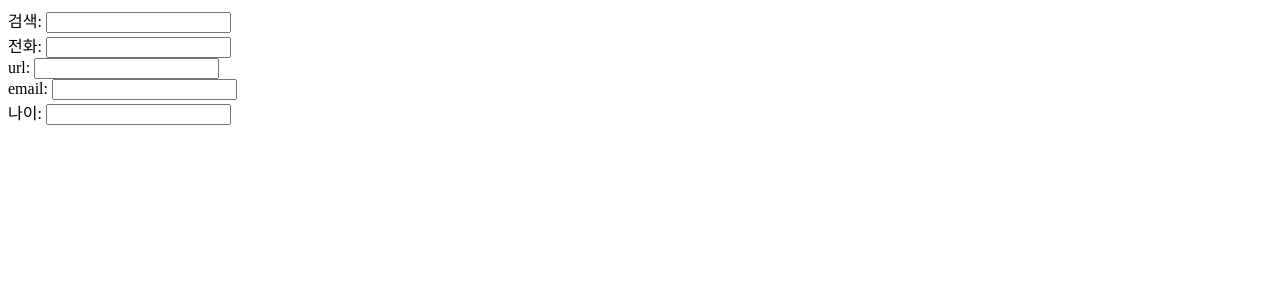
Repository: Jin0207/html_css
Page: day1130/src/main/webapp/enhancedTag.html
These files come from the project's save history. The page is drawn as it stood at one moment and after the next save; the edit follows.
The browser window is 1280 px wide. The pictures show the whole page.

Above is the page before, as saved 2021-11-30 06:32:05.

After the next save:
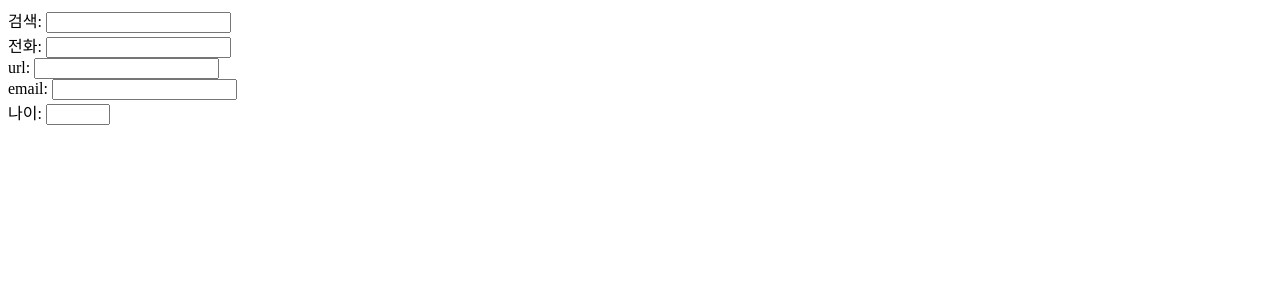
Saved 23 s later.
--- a/day1130/src/main/webapp/enhancedTag.html
+++ b/day1130/src/main/webapp/enhancedTag.html
@@ -10,7 +10,7 @@
 		전화: <input type="tel" name="tel" required="required"> <br>
 		url: <input type="url" name="url"> <br>
 		email: <input type="email" name="email" required="required"> <br>
-		나이: <input type="number" name="email" required="required"> <br>
+		나이: <input type="number" name="age" min="1" max="100" required="required"> <br>
 	</form>
 </body>
 </html>
